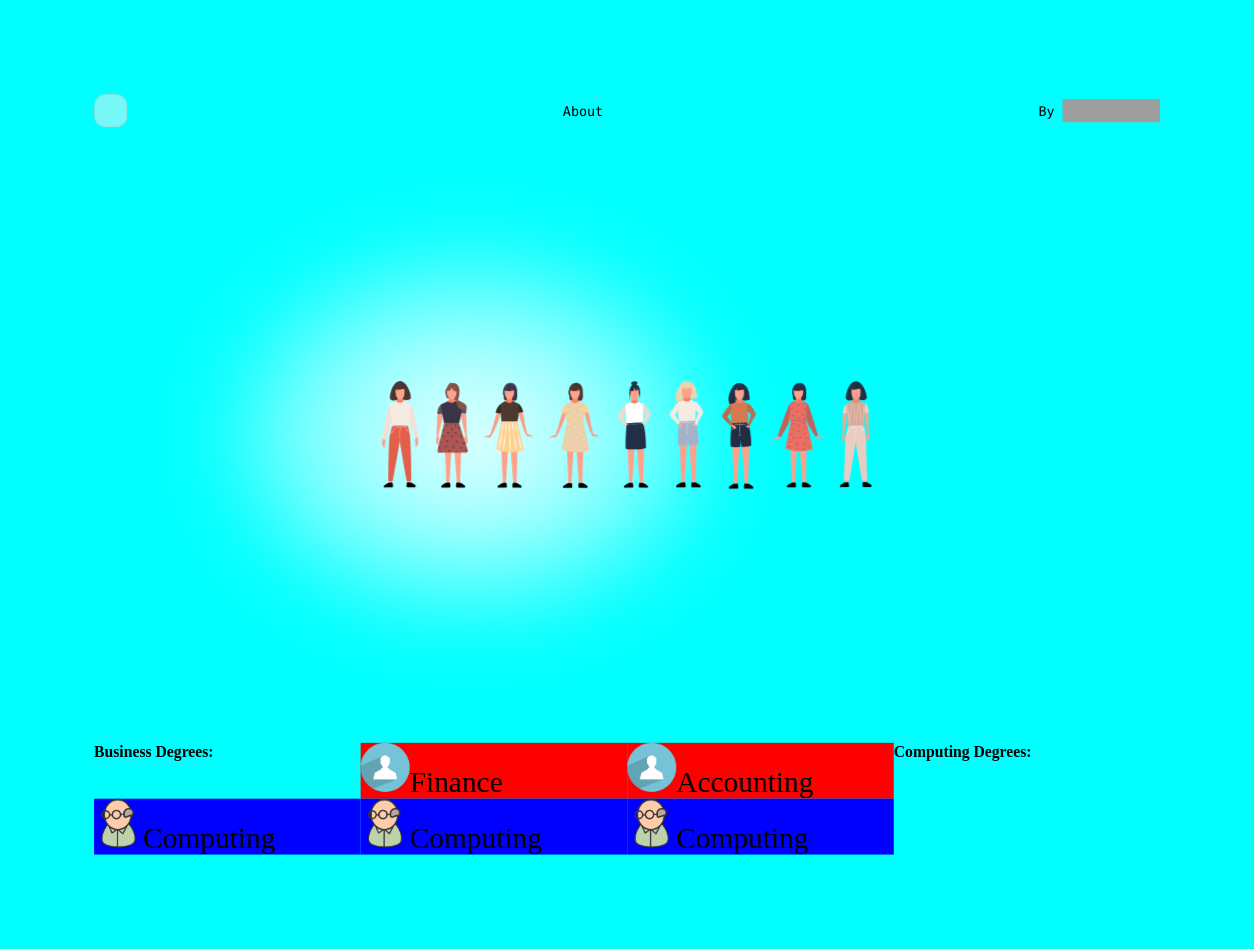
Repository: bguemos/week3example
Page: /
The author's editor kept a copy of each file at every save. The page is drawn from the files as they stood at one save, then again after the next save.
The browser window is 1280 px wide. The pictures show the whole page, at 98% of full size.
Pictures or frames that could not be fetched are drawn as grey boxes. The project was rebuilt for these pictures with package versions that can differ from the ones it lists, and the page was loaded fresh each time. The framework's server and built-in components were replaced by stand-ins that run in the browser. Also part of the build but not shown: next.config.js.

Above is the page before, as saved 2023-01-18 12:12:32.

After the next save:
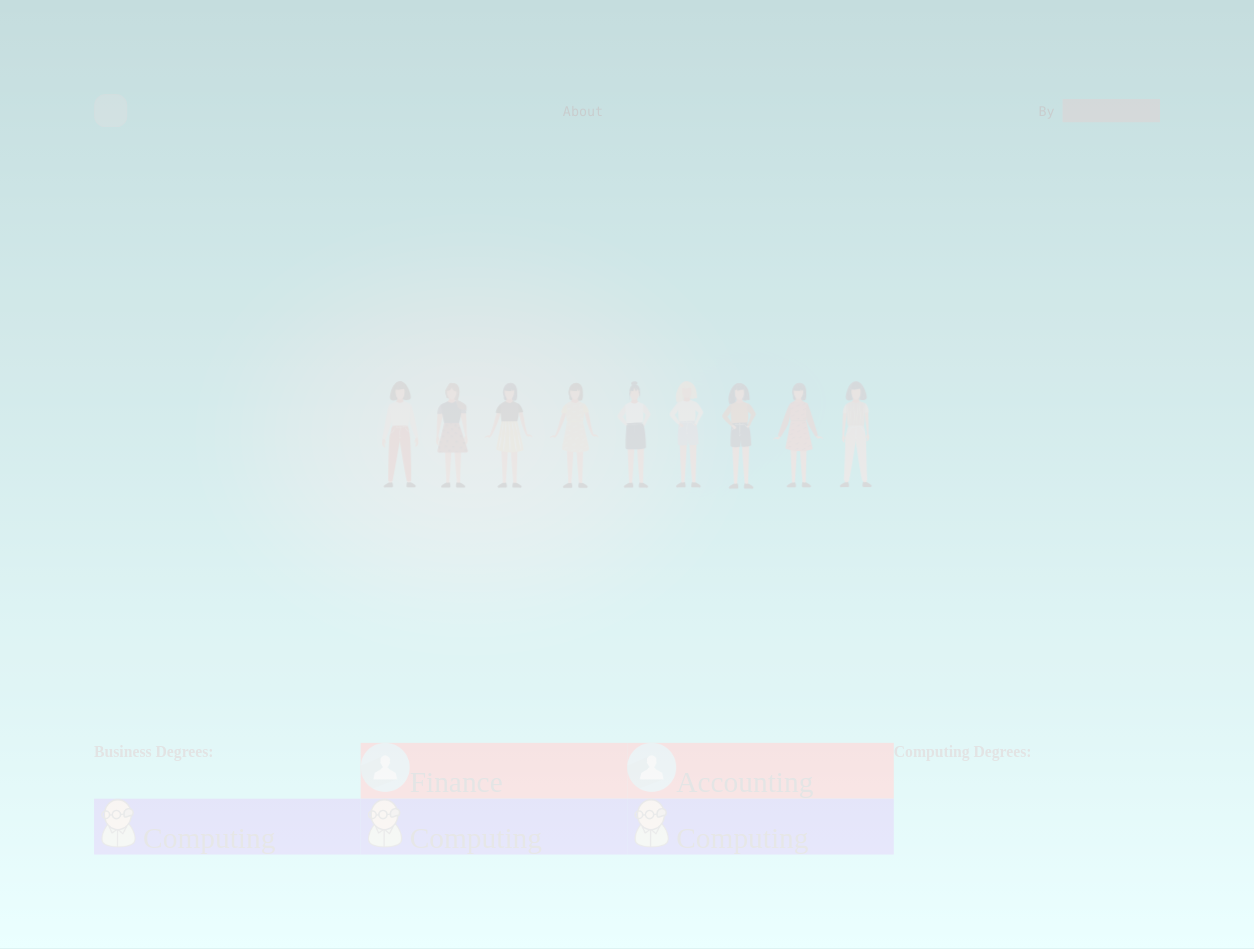
Saved 21 s later.
--- a/styles/Home.module.css
+++ b/styles/Home.module.css
@@ -6,6 +6,7 @@
   padding: 6rem;
   min-height: 100vh;
   background-color: aqua;
+  opacity: .08;
 }
 
 .description {
